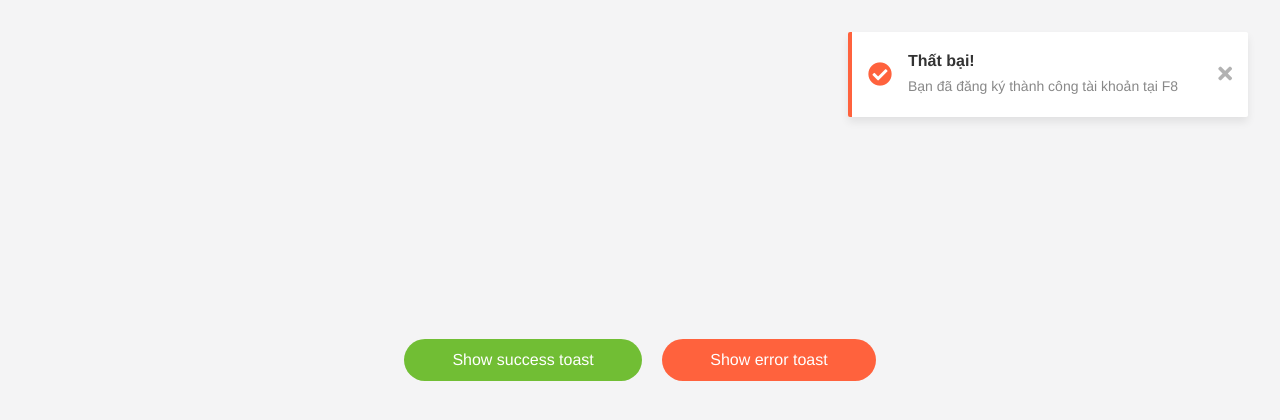
Repository: vuongtm1999/Toast_Message
Page: toast-message.html
These files come from the project's save history. The page is drawn as it stood at one moment and after the next save; the edit follows.
The browser window is 1280 px wide. The pictures show the whole page.
After loading, the first visible `div.btn--danger` was clicked once.

Above is the page before, as saved 2022-09-01 14:28:07.

### toast-message.html
<!DOCTYPE html>
<html lang="en">
  <head>
    <meta charset="UTF-8" />
    <meta http-equiv="X-UA-Compatible" content="IE=edge" />
    <meta name="viewport" content="width=device-width, initial-scale=1.0" />
    <link
      rel="stylesheet"
      href="https://cdnjs.cloudflare.com/ajax/libs/font-awesome/5.15.1/css/all.min.css"
      integrity="sha512-+4zCK9k+qNFUR5X+cKL9EIR+ZOhtIloNl9GIKS57V1MyNsYpYcUrUeQc9vNfzsWfV28IaLL3i96P9sdNyeRssA=="
      crossorigin="anonymous"
    />
    <link rel="stylesheet" href="toast-message.css" />
    <script type="text/javascript" src="toast-message.js"></script>
    <title>Toast message</title>
  </head>
  <body>
    <div id="toast">

    </div>
    <!-- <div class="toast toast--success">
      <div class="toast__icon">
        <i class="fas fa-check-circle"></i>
      </div>
      <div class="toast__body">
        <h3 class="toast__title">Success</h3>
        <p class="toast__msg">Bạn đã đăng ký thành công tài khoản tại F8</p>
      </div>
      <div class="toast__close">
        <i class="fas fa-times"></i>
      </div>
    </div> -->

    <!-- <div class="toast toast--warning">
      <div class="toast__icon">
        <i class="fas fa-info-circle"></i>
      </div>
      <div class="toast__body">
        <h3 class="toast__title">Success</h3>
        <p class="toast__msg">Bạn đã đăng ký thành công tài khoản tại F8</p>
      </div>
      <div class="toast__close">
        <i class="fas fa-times"></i>
      </div>
    </div> -->

    <!--
    <div class="toast toast--error">
      <div class="toast__icon">
        <i class="fas fa-exclamation-circle"></i>
      </div>
      <div class="toast__body">
        <h3 class="toast__title">Success</h3>
        <p class="toast__msg">Bạn đã đăng ký thành công tài khoản tại F8</p>
      </div>
      <div class="toast__close">
        <i class="fas fa-times"></i>
      </div>
    </div>
    -->

    <div>
      <div onclick="showSuccessToast();" class="btn btn--success">
        Show success toast
      </div>
      <div onclick="showErrorToast();" class="btn btn--danger">
        Show error toast
      </div>
    </div>

    <script>
      function showSuccessToast() {
        toast({
          title: "Thành công!",
          message: "Bạn đã đăng ký thành công tài khoản tại F8.",
          type: "success",
          duration: 5000,
        });
      }

      function showErrorToast() {
        toast({
          title: "Thất bại!",
          message: "Có lỗi xảy ra, vui lòng liên hệ quản trị viên.",
          type: "error",
          duration: 5000,
        });
      }
    </script>
  </body>
</html>

### toast-message.css
* {
    padding: 0;
    margin: 0;
    box-sizing: border-box;
}

body {
    height: 100vh;
    display: flex;
    flex-direction: column;
    font-family: "Helvetica Neue";
    background-color: #f4f4f5;
}

body>div {
    margin: auto;
}

/* ======= Buttons ======== */

/* Block */
.btn {
    display: inline-block;
    text-decoration: none;
    background-color: transparent;
    border: none;
    outline: none;
    color: #fff;
    padding: 12px 48px;
    border-radius: 50px;
    cursor: pointer;
    min-width: 120px;
    transition: opacity 0.2s ease;
}

/* Modifier */
.btn--size-l {
    padding: 16px 56px;
}

.btn--size-s {
    padding: 8px 32px;
}

.btn:hover {
    opacity: 0.8;
}

.btn+.btn {
    margin-left: 16px;
}

.btn--success {
    background-color: #71be34;
}

.btn--warn {
    background-color: #ffb702;
}

.btn--danger {
    background-color: #ff623d;
}

.btn--disabled {
    opacity: 0.5 !important;
    cursor: default;
}

/* ======= Toast message ======== */

#toast {
    position: fixed;
    top: 32px;
    right: 32px;
    z-index: 999999;
}

.toast {
    display: flex;
    align-items: center;
    background-color: #fff;
    border-radius: 2px;
    padding: 20px 0;
    min-width: 400px;
    max-width: 450px;
    border-left: 4px solid;
    box-shadow: 0 5px 8px rgba(0, 0, 0, 0.08);

    animation: slideInLeft ease 0.3s, fadeOut linear 1s 3s forwards;
    /* transition: all linear 0.3s; */
}

@keyframes slideInLeft {
    from {
        opacity: 0;
        transform: translateX(calc(100% + 32px));
    }

    to {
        opacity: 1;
        transform: translateX(0);
    }
}

@keyframes fadeOut {
    to {
        opacity: 0;
    }
}

.toast--success {
    border-color: #47d864;
}

.toast--success .toast__icon {
    color: #47d864;
}

.toast--info {
    border-color: #2f86eb;
}

.toast--info .toast__icon {
    color: #2f86eb;
}

.toast--warning {
    border-color: #ffc021;
}

.toast--warning .toast__icon {
    color: #ffc021;
}

.toast--error {
    border-color: #ff623d;
}

.toast--error .toast__icon {
    color: #ff623d;
}

.toast+.toast {
    margin-top: 24px;
}

.toast__icon {
    font-size: 24px;
}

.toast__icon,
.toast__close {
    padding: 0 16px;
}

.toast__body {
    flex-grow: 1;
}

.toast__title {
    font-size: 16px;
    font-weight: 600;
    color: #333;
}

.toast__msg {
    font-size: 14px;
    color: #888;
    margin-top: 6px;
    line-height: 1.5;
}

.toast__close {
    font-size: 20px;
    color: rgba(0, 0, 0, 0.3);
    cursor: pointer;
}

### toast-message.js



function toast({ title = '', message = '', type = 'info', duration = 3000}){
    const main = document.getElementById('toast');

    main.innerHTML = `<div class="toast toast--${type}">
                        <div class="toast__icon">
                        <i class="fas fa-check-circle"></i>
                        </div>
                        <div class="toast__body">
                        <h3 class="toast__title">${title}</h3>
                        <p class="toast__msg">Bạn đã đăng ký thành công tài khoản tại F8</p>
                        </div>
                        <div class="toast__close">
                        <i class="fas fa-times"></i>
                        </div>
                    </div>`

}

After the next save:
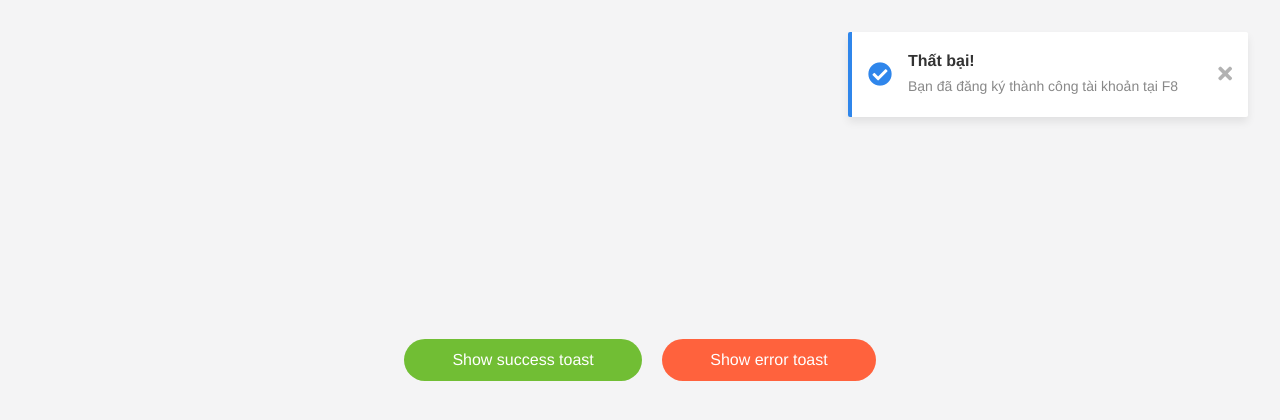
Saved 12 s later.
--- a/toast-message.html
+++ b/toast-message.html
@@ -82,7 +82,7 @@
         toast({
           title: "Thất bại!",
           message: "Có lỗi xảy ra, vui lòng liên hệ quản trị viên.",
-          type: "error",
+          type: "info",
           duration: 5000,
         });
       }

After the save that followed:
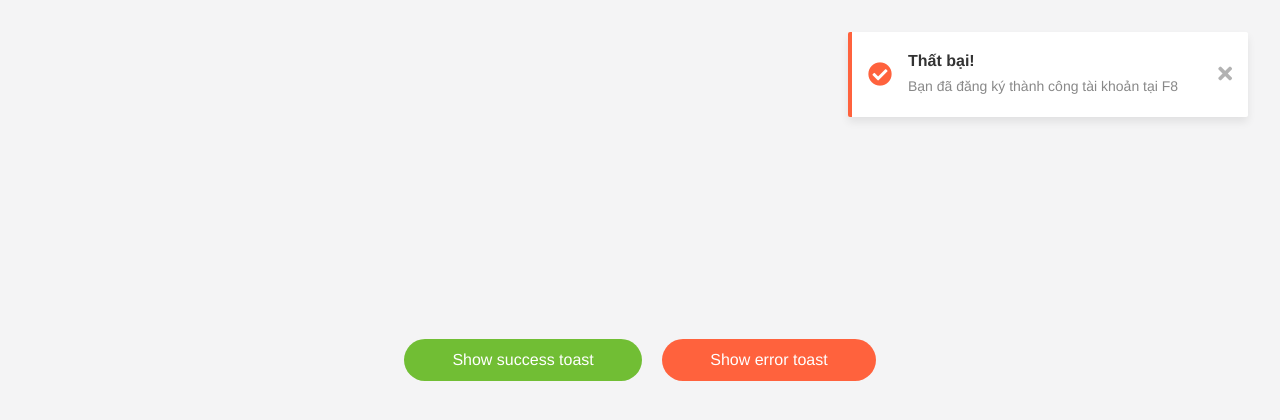
Saved 5 s later.
--- a/toast-message.html
+++ b/toast-message.html
@@ -82,7 +82,7 @@
         toast({
           title: "Thất bại!",
           message: "Có lỗi xảy ra, vui lòng liên hệ quản trị viên.",
-          type: "info",
+          type: "error",
           duration: 5000,
         });
       }
